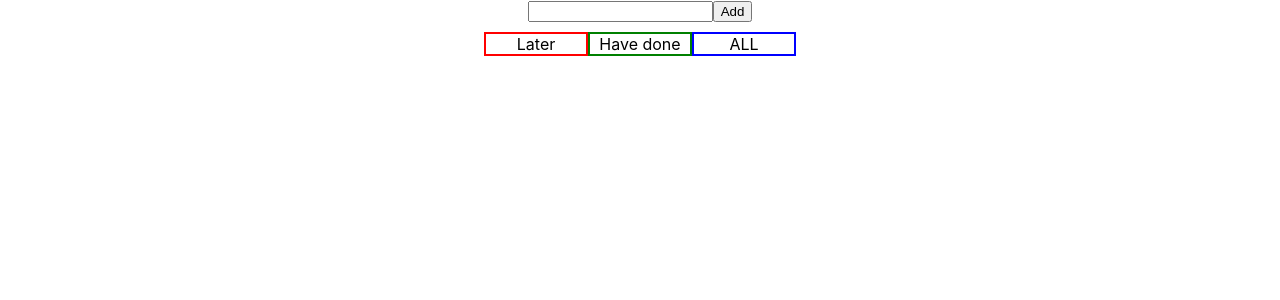
Repository: yurensmile/todolist
Page: /
These files come from the project's save history. The page is drawn as it stood at one moment and after the next save; the edit follows.
The browser window is 1280 px wide. The pictures show the whole page.
The project was rebuilt for these pictures with package versions that can differ from the ones it lists, and the page was loaded fresh each time. Also part of the build but not shown: src/HaveDone.js, src/Later.js.

Above is the page before, as saved 2019-03-20 15:23:39.

After the next save:
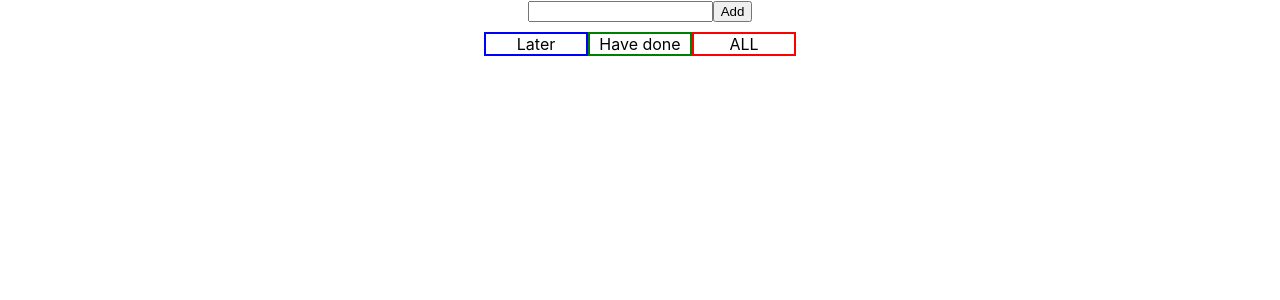
Saved 16 s later.
--- a/src/App.css
+++ b/src/App.css
@@ -21,13 +21,13 @@
   border:2px solid rgb(197, 193, 193);
 }
 .later{
-  border-color: red;
+  border-color: blue;
 }
 .havedone{
   border-color: green;
 }
 .all{
-  border-color: blue;
+  border-color: red;
 }
 
 .toggle{

After the save that followed:
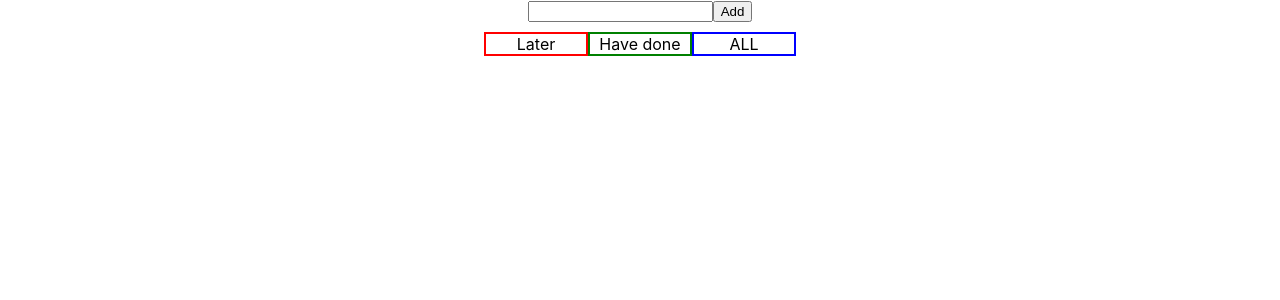
Saved 44 s later.
--- a/src/App.css
+++ b/src/App.css
@@ -21,13 +21,13 @@
   border:2px solid rgb(197, 193, 193);
 }
 .later{
-  border-color: blue;
+  border-color: red;
 }
 .havedone{
   border-color: green;
 }
 .all{
-  border-color: red;
+  border-color: blue;
 }
 
 .toggle{
